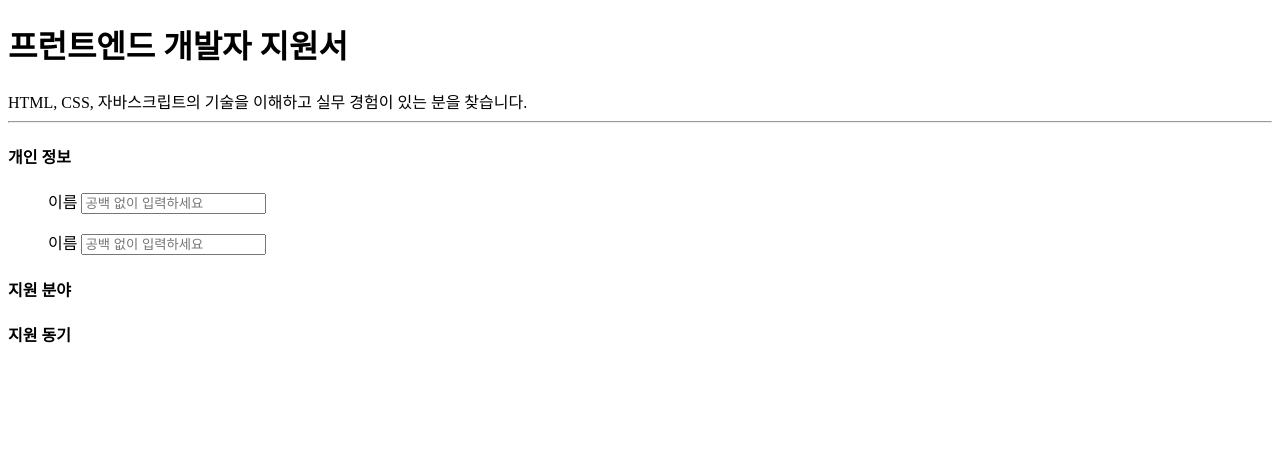
Repository: claddds/2023_webstudy
Page: 01_html/src/main/webapp/day04/ex03_test02.html
The author's editor kept a copy of each file at every save. The page is drawn from the files as they stood at one save, then again after the next save.
The browser window is 1280 px wide. The pictures show the whole page.

Above is the page before, as saved 2023-06-22 03:39:13.

After the next save:
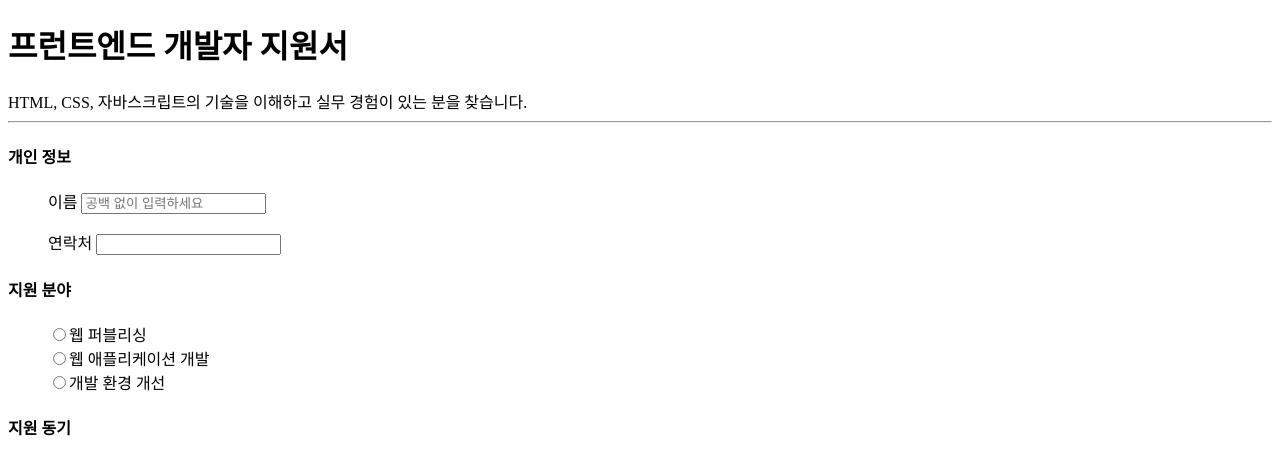
Saved 5 min 25 s later.
--- a/01_html/src/main/webapp/day04/ex03_test02.html
+++ b/01_html/src/main/webapp/day04/ex03_test02.html
@@ -12,9 +12,16 @@
 		<label><h4>개인 정보</h4></label>
 			<ul style="list-style-type: none;">
 				<li><p>이름 <input type="text" name="name" placeholder="공백 없이 입력하세요"></p></li>
-				<li><p>이름 <input type="text" name="name" placeholder="공백 없이 입력하세요"></p></li>
+				<li><p>연락처 <input type="text" name="phone"></p></li>
 			</ul>
-		<h4>지원 분야</h4>
+		<label><h4>지원 분야</h4></label>
+			<p>
+				<ul style="list-style-type: none;">
+					<li><input type="radio" name="work" value="1">웹 퍼블리싱</li>
+					<li><input type="radio" name="work" value="2">웹 애플리케이션 개발</li>
+					<li><input type="radio" name="work" value="3">개발 환경 개선</li>
+				</ul>
+			</p>
 		<h4>지원 동기</h4>
 	</form>
 </body>
